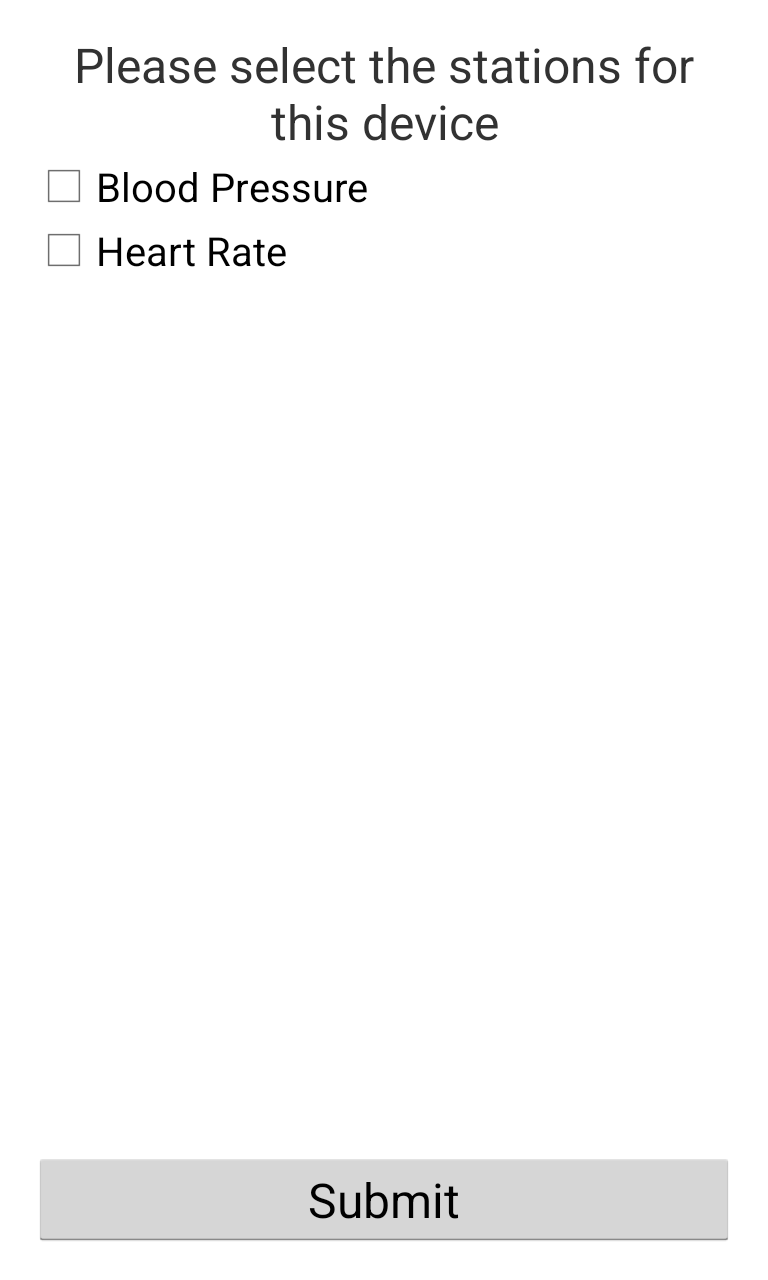
Repository: TigerCheck/TigerCheck
Layout: Android/TigerCheck/res/layout/activity_station_select.xml
The author's editor kept a copy of each file at every save. The layout is drawn from the files as they stood at one save, then again after the next save.
It is drawn on a 768 x 1280 px phone screen (xhdpi) without system bars, with theme AppTheme; the app's code is not run.

Above is the layout before, as saved 2014-03-31 03:00:05.

### Android/TigerCheck/res/layout/activity_station_select.xml
<RelativeLayout xmlns:android="http://schemas.android.com/apk/res/android"
    xmlns:tools="http://schemas.android.com/tools"
    android:layout_width="fill_parent"
    android:layout_height="fill_parent"
    android:orientation="horizontal"
    android:paddingBottom="@dimen/activity_vertical_margin"
    android:paddingLeft="@dimen/activity_horizontal_margin"
    android:paddingRight="@dimen/activity_horizontal_margin"
    android:paddingTop="@dimen/activity_vertical_margin"
    tools:context=".StationSelect" >

    <TextView android:id="@+id/informationTextView"
        android:layout_width="fill_parent"
        android:layout_height="wrap_content"
        android:text="@string/station_select_message"
        android:layout_alignParentTop="true"
        android:gravity="center"
        android:textSize="24sp" />"

	<RelativeLayout android:id="@+id/LeftColumnCheckboxes"
	    android:layout_width="wrap_content"
	    android:layout_height="wrap_content"
	    android:layout_below="@+id/informationTextView" >

    	<CheckBox
        	android:id="@+id/checkbox_blood_pressure"
        	android:layout_width="wrap_content"
        	android:layout_height="wrap_content"
        	android:text="@string/checkbox_blood_pressure"
        	android:textSize="20sp"
        	android:onClick="onCheckboxClick"/>

    	<CheckBox
        	android:id="@+id/checkbox_heart_rate"
        	android:layout_width="wrap_content"
        	android:layout_height="wrap_content"
        	android:text="@string/checkbox_heart_rate"
        	android:textSize="20sp"
        	android:layout_below="@+id/checkbox_blood_pressure"
        	android:onClick="onCheckboxClick" />

    </RelativeLayout>

	<RelativeLayout android:id="@+id/RightColumnCheckboxes"
	    android:layout_width="wrap_content"
	    android:layout_height="wrap_content"
	    android:layout_toRightOf="@+id/LeftColumnCheckboxes" >




	</RelativeLayout>

    <Button
        android:layout_width="match_parent"
        android:layout_height="wrap_content"
        android:layout_alignParentBottom="true"
        android:gravity="center"
        android:onClick="submitButtonPress"
        android:text="@string/submit_button"
        android:textSize="24sp" />

</RelativeLayout>

### Android/TigerCheck/res/values/strings.xml
<?xml version="1.0" encoding="utf-8"?>
<resources>

    <!-- Messages -->
    <string name="app_name">TigerCheck</string>
    <string name="action_settings">Settings</string>
    <string name="hello_world">Hello world!</string>
    <string name="welcome_message">Welcome to TigerCheck</string>
    <string name="station_select_message">Please select the stations for this device</string>


    <!-- Buttons -->
    <string name="submit_button">Submit</string>
    <string name="continue_button">Continue</string>
    <string name="change_stations_button">Change Selected Stations</string>


    <!-- StationSelect checkbox options -->
    <string name="checkbox_blood_pressure">Blood Pressure</string>
    <string name="checkbox_heart_rate">Heart Rate</string>


    <!-- Titles -->
    <string name="title_activity_station_select">StationSelect</string>
    <string name="title_activity_main_station">MainStation</string>

</resources>

Loaded but not shown: Android/TigerCheck/res/values/styles.xml (common file); Android/TigerCheck/res/values-v11/styles.xml (common file); Android/TigerCheck/res/values-v14/styles.xml (common file); Android/TigerCheck/res/values/dimens.xml (common file)

After the next save:
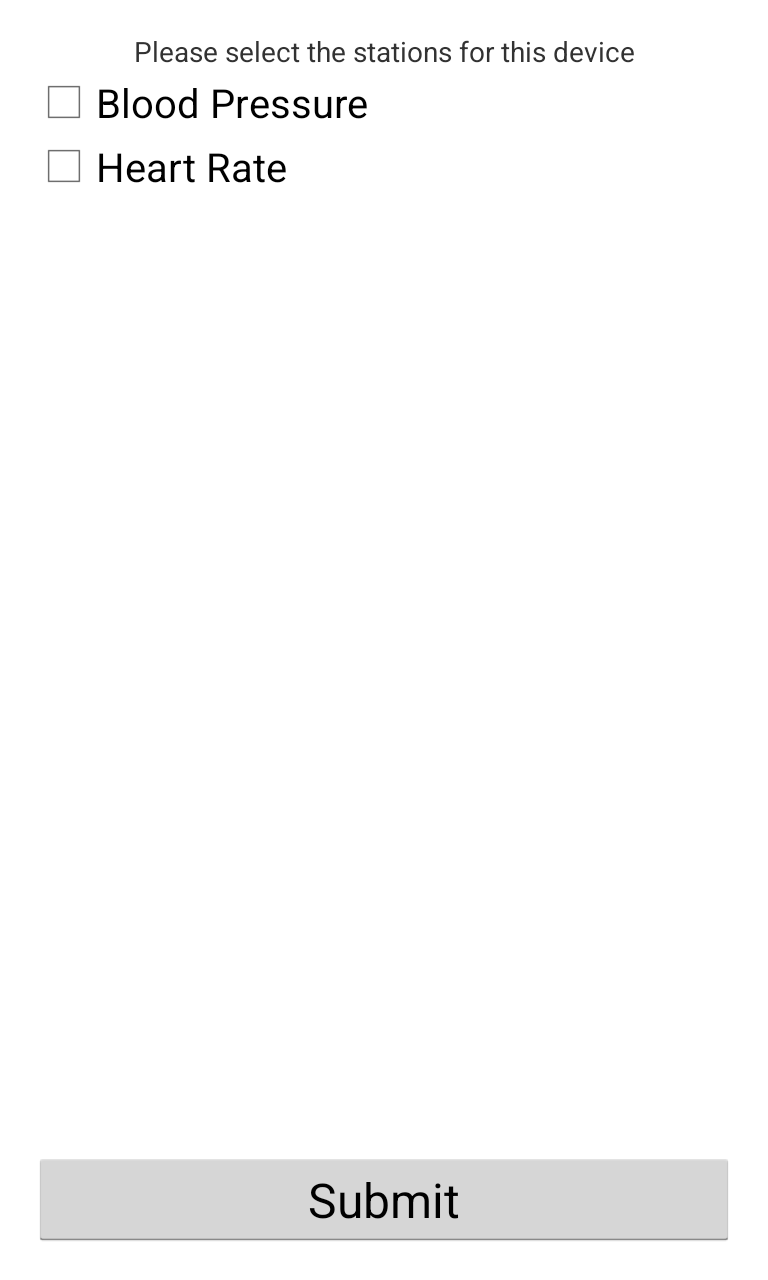
Saved 76 s later.
--- a/Android/TigerCheck/res/layout/activity_station_select.xml
+++ b/Android/TigerCheck/res/layout/activity_station_select.xml
@@ -15,7 +15,7 @@
         android:text="@string/station_select_message"
         android:layout_alignParentTop="true"
         android:gravity="center"
-        android:textSize="24sp" />"
+         />"
 
 	<RelativeLayout android:id="@+id/LeftColumnCheckboxes"
 	    android:layout_width="wrap_content"
